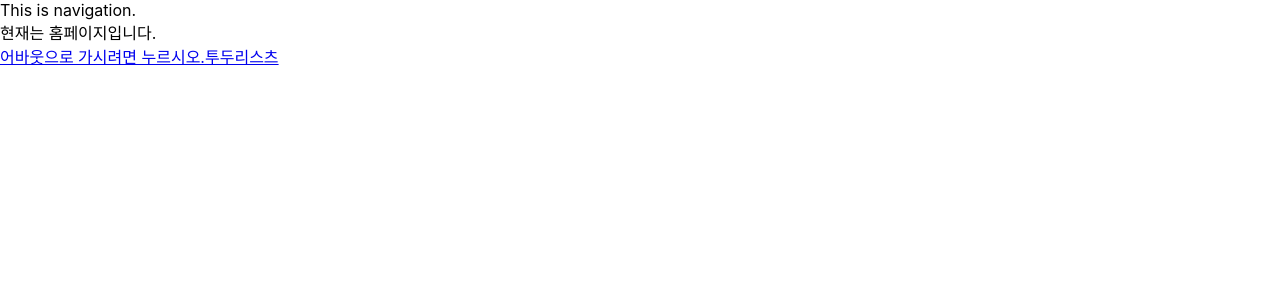
Repository: codest00001/cra-app_reactstudy
Page: /
These files come from the project's save history. The page is drawn as it stood at one moment and after the next save; the edit follows.
The browser window is 1280 px wide. The pictures show the whole page.
The project was rebuilt for these pictures with package versions that can differ from the ones it lists, and the page was loaded fresh each time. Also part of the build but not shown: src/pages/About.js, src/pages/TodoLists.js.

Above is the page before, as saved 2024-09-11 10:49:31.

### src/index.js
import React from 'react'; //노드모듈안에 리액트가 있나보다하고 가져옴. 앞에 / 이런식의 경로 없으면 npm에서 설치된거구나하고생각.
import ReactDOM from 'react-dom/client';
import './index.css';
import App from './App';
//App.js에서 .js는 생략가능. 이렇게 불러와야 쓸 수 있음.
//아래에서 <APP />으로 사용
//app.js에서는 export해줘야함. 여기서는 임포트. 불러올 대상은 export마지막에 할 것.
import reportWebVitals from './reportWebVitals';

//index.html의 root를 가져옴.
//app.js로 가서 실행

const root = ReactDOM.createRoot(document.getElementById('root'));
root.render(
  //app.js로 가서 실행
  // <React.StrictMode>
    <App />
  // </React.StrictMode>
);

// If you want to start measuring performance in your app, pass a function
// to log results (for example: reportWebVitals(console.log))
// or send to an analytics endpoint. Learn more: https://bit.ly/CRA-vitals
reportWebVitals();

### src/App.js
import React, { useEffect, useState } from 'react';
import { BrowserRouter as Router, Routes, Route} from "react-router-dom";
import Home from './pages/Home'
import About from './pages/About'
import TodoLists from './pages/TodoLists'
import Nav from './components/Nav'

function App() {

  return (
  <>
  <Router>
  <Nav/>

    <Routes>
      <Route path="/" element={<Home/>}></Route>
      <Route path="/about" element={<About/>}></Route>
      <Route path="/todolists" element={<TodoLists/>}></Route>
      <Route ></Route>
    </Routes>
  </Router>

  </>
  );
}

export default App;

### src/pages/Home.js
// const Home = () => {

//     //a 태그를 쓰는 경우 즉 about 갈 때 깜빡거림. 풀페이지를 로드한다는 것임. 타이틀도 한 번 리셋이 되는 것임.
//     //페이지 내에서 이동할 때는 link 사용하기. 라우터에서 이동할 때는 link 사용해야 리액트 기능 제대로 쓰는 것임.
//     return (
//         <>
//         I'm Home component <br/>
//         <a href="/about">go to about</a>
//         </>
//     )
// }

// export default Home;


import {Link} from 'react-router-dom'

const Home = () => {
    return (
        <>
        현재는 홈페이지입니다. <br/>
        <Link to="/about">어바웃으로 가시려면 누르시오.</Link>
        <Link to="/todolists">투두리스츠</Link>
        </>
    )
}

export default Home;

### src/components/Nav.js
const Nav = () => {
    return(
<>
<div>
This is navigation.
</div>

</>

    )

}

export default Nav;

Loaded but not shown: public/index.html (common file); src/index.css (common file); src/reportWebVitals.js (common file)

After the next save:
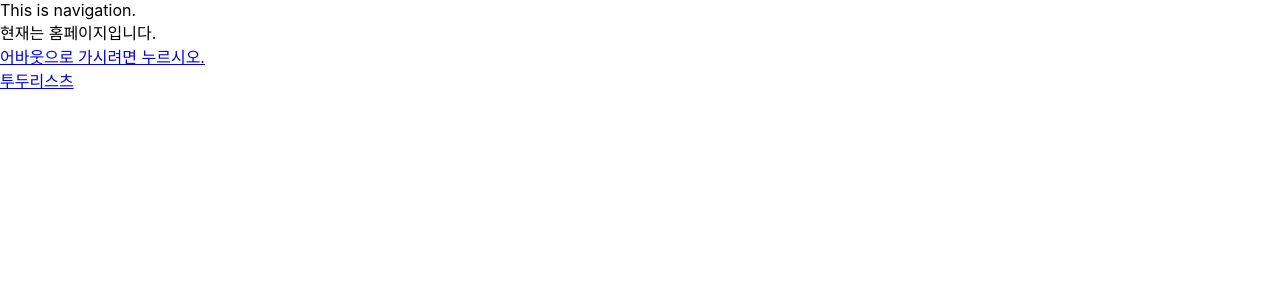
Saved 11 s later.
--- a/src/pages/Home.js
+++ b/src/pages/Home.js
@@ -19,7 +19,7 @@ const Home = () => {
     return (
         <>
         현재는 홈페이지입니다. <br/>
-        <Link to="/about">어바웃으로 가시려면 누르시오.</Link>
+        <Link to="/about">어바웃으로 가시려면 누르시오.</Link><br/>
         <Link to="/todolists">투두리스츠</Link>
         </>
     )
